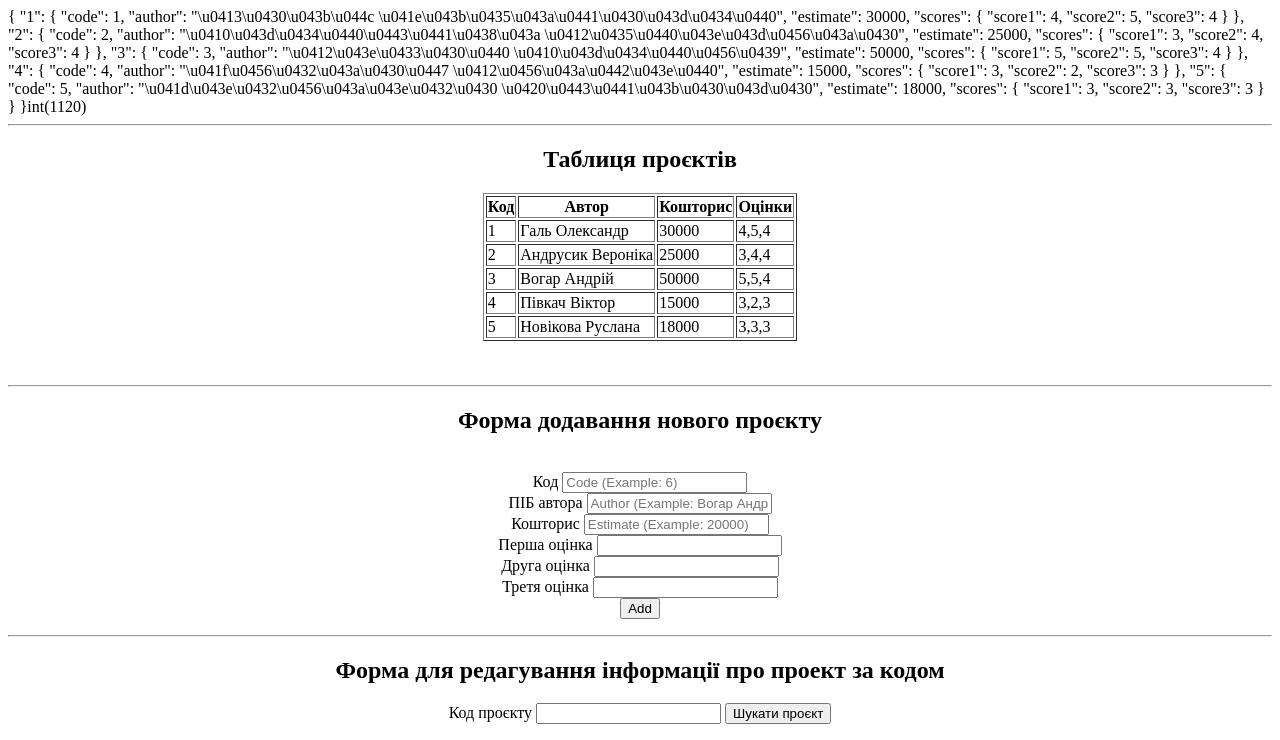
Repository: AndriyVohar/PHP-learn
Page: http://localhost/
These files come from the project's save history. The page is drawn as it stood at one moment and after the next save; the edit follows.
The browser window is 1280 px wide. The pictures show the whole page.
The page is run by PHP 8.4 with error messages shown; the project is at /var/www/html/.

Above is the page before, as saved 2023-10-04 19:57:02.

After the next save:
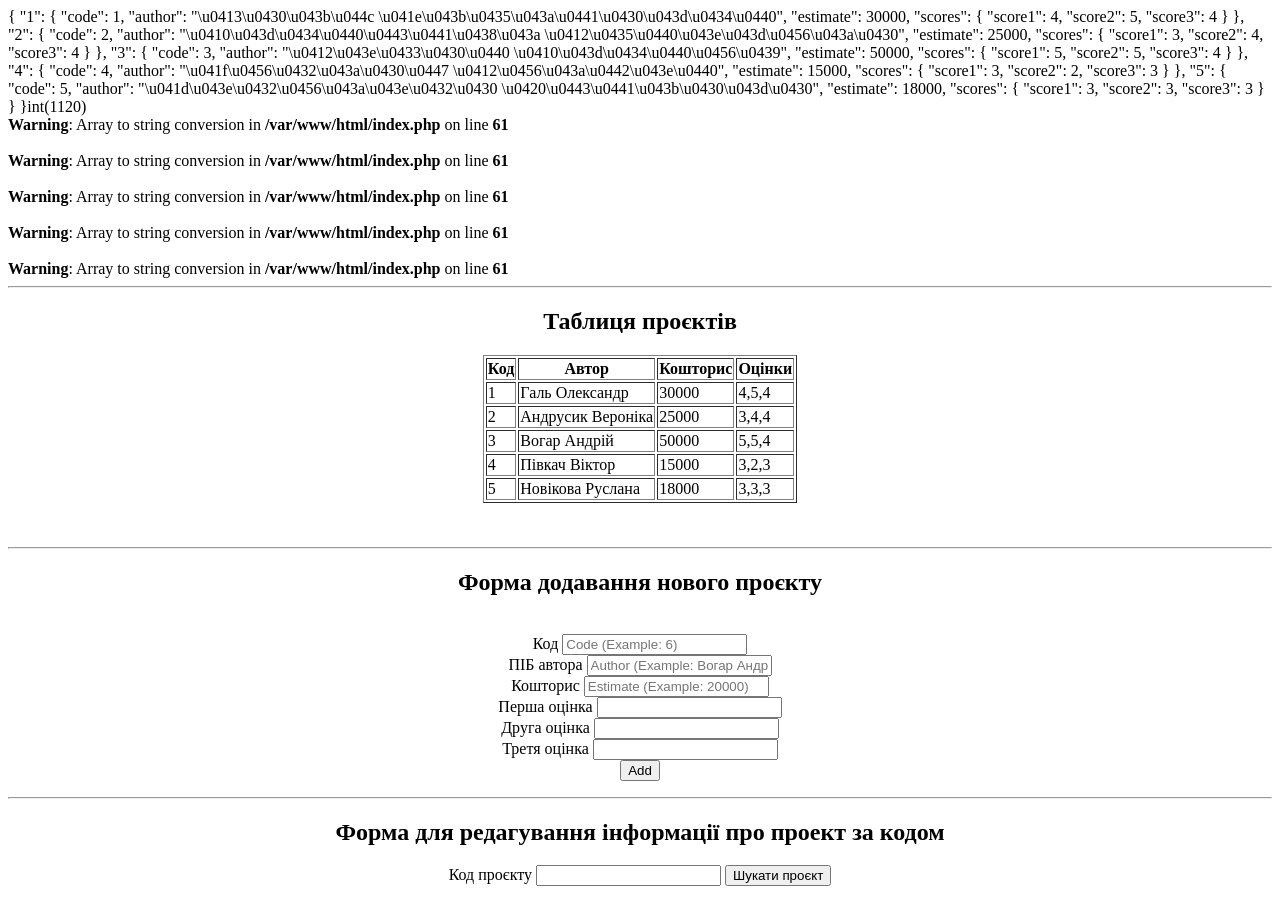
Saved 57 s later.
--- a/Lab-2/index.php
+++ b/Lab-2/index.php
@@ -58,6 +58,7 @@
 // $projectJSON = json_encode($projects);
 // fputs($fp,$projectJSON);
 // fclose($fp);
+file_put_contents('projects-data.json',$projects);
 //2. Вивести дані про об'єкти в таблицю.
 include 'table.phtml';
 

After the save that followed:
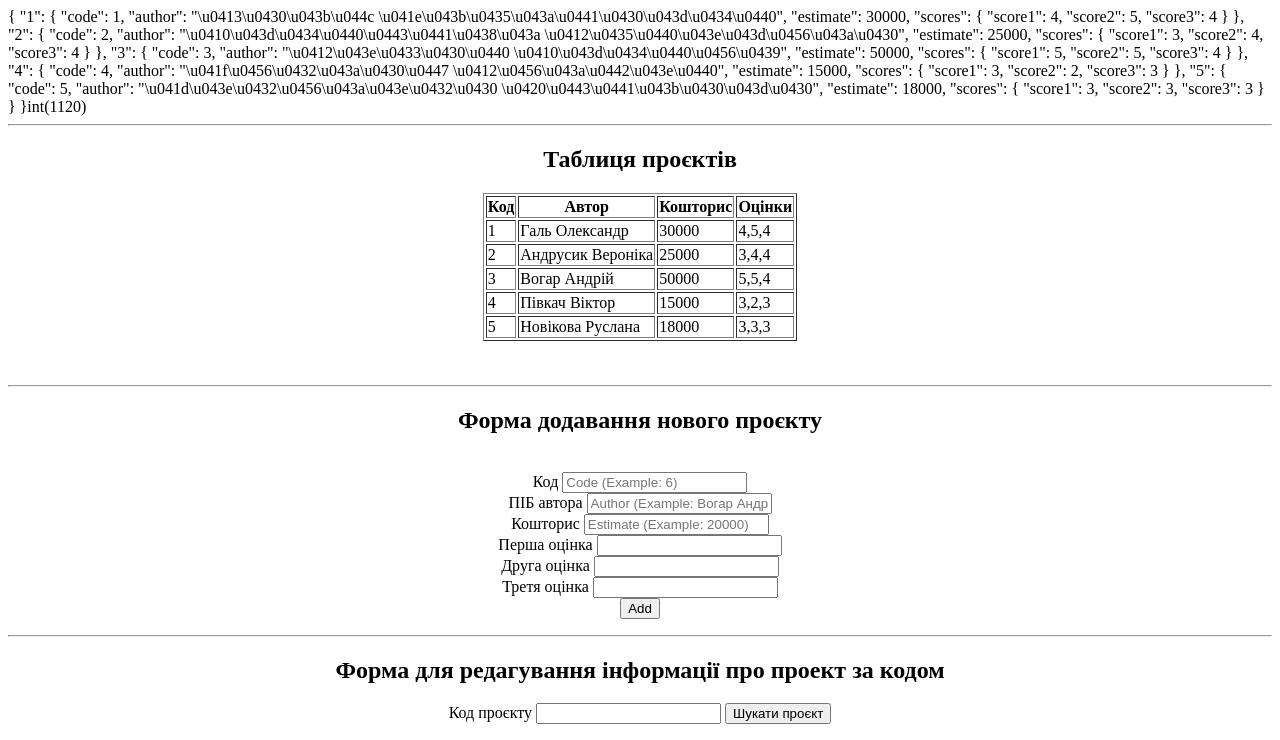
Saved 20 s later.
--- a/Lab-2/index.php
+++ b/Lab-2/index.php
@@ -54,11 +54,10 @@
     ],
 ];
 
-// $fp = fopen('projects-data.json','w');
-// $projectJSON = json_encode($projects);
-// fputs($fp,$projectJSON);
-// fclose($fp);
-file_put_contents('projects-data.json',$projects);
+$fp = fopen('projects-data.json','w');
+$projectJSON = json_encode($projects);
+fputs($fp,$projectJSON);
+fclose($fp);
 //2. Вивести дані про об'єкти в таблицю.
 include 'table.phtml';
 
